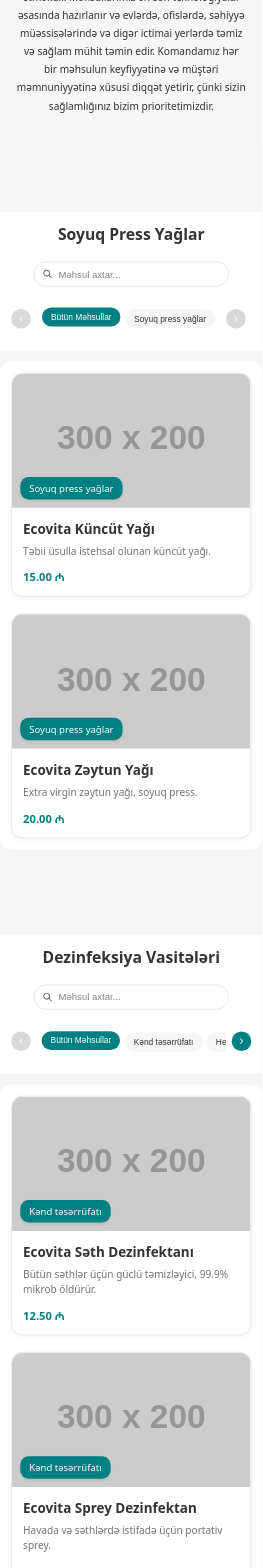
Repository: ferhadsultan98/ecovita
Page: /
The author's editor kept a copy of each file at every save. The page is drawn from the files as they stood at one save, then again after the next save.
The browser window is 375 px wide. The pictures show the part of the page from y = 1169 to 3409 px (the page is 5638 px tall before and 5490 px after), at 70% of full size.
The project was rebuilt for these pictures with package versions that can differ from the ones it lists, and the page was loaded fresh each time. Also part of the build but not shown: vite.config.js.

Above is the page before, as saved 2025-05-06 11:28:38.

After the next save:
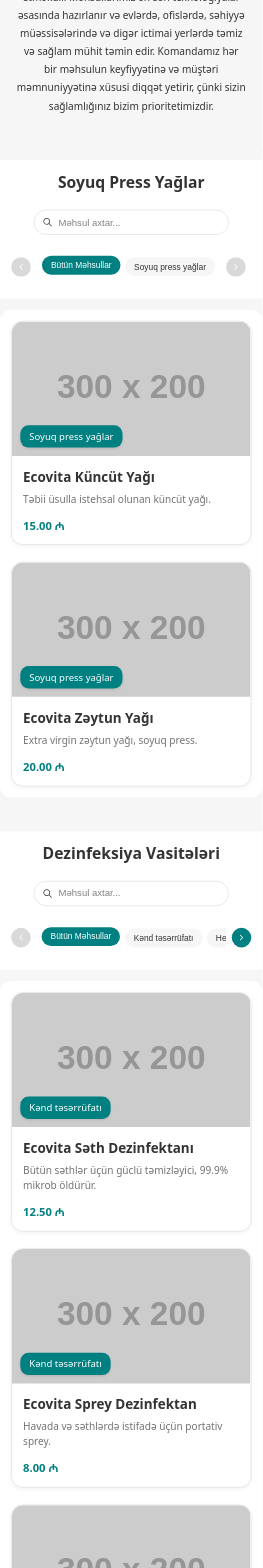
Saved 6 s later.
--- a/src/Pages/MenuSection/MenuSection.scss
+++ b/src/Pages/MenuSection/MenuSection.scss
@@ -4,12 +4,8 @@
 $text-color: #333333;
 $border-color: #e0e0e0;
 
-// Assuming header height (including padding) is roughly 80px on desktop, 70px on mobile
-$header-height-desktop: 100px;
-$header-height-mobile: 70px;
-
 .menu-section {
-  padding: 120px 0 2rem 0; // Increased top padding to account for fixed header
+  padding: 2rem 0;
   background: $accent-color;
 
   .menu-navbar-wrapper {
@@ -18,13 +14,13 @@
 
     &.sticky {
       position: fixed;
-      top: $header-height-desktop; // Adjusted to sit below the fixed header
+      top: 0;
       left: 0;
       width: 100%;
       z-index: 1000;
       background: rgba($secondary-color, 0.98);
       backdrop-filter: blur(10px);
-
+      box-shadow: 0 4px 12px rgba(0, 0, 0, 0.08);
       padding: 0.75rem 0;
     }
 
@@ -375,8 +371,6 @@
 
   // Responsive Design
   @media (max-width: 1024px) {
-    padding-top: 100px; // Slightly less padding for medium screens
-
     .menu-content {
       padding: 1.5rem;
 
@@ -386,10 +380,6 @@
     }
 
     .menu-navbar-wrapper {
-      &.sticky {
-        top: $header-height-desktop;
-      }
-
       .menu-filter {
         .menu-filter-container {
           .menu-filter-list {
@@ -404,11 +394,10 @@
   }
 
   @media (max-width: 768px) {
-    padding: 100px 0 1rem 0; // Adjusted for mobile header height
+    padding: 1rem 0;
 
     .menu-navbar-wrapper {
       &.sticky {
-        top: $header-height-mobile; // Adjusted for mobile header height
         padding: 0.5rem 0;
       }
 
@@ -500,13 +489,7 @@
   }
 
   @media (max-width: 480px) {
-    padding-top: 90px; // Further adjusted for smaller screens
-
     .menu-navbar-wrapper {
-      &.sticky {
-        top: $header-height-mobile;
-      }
-
       .menu-navbar-content {
         .section-title {
           font-size: 1.4rem;

After the save that followed:
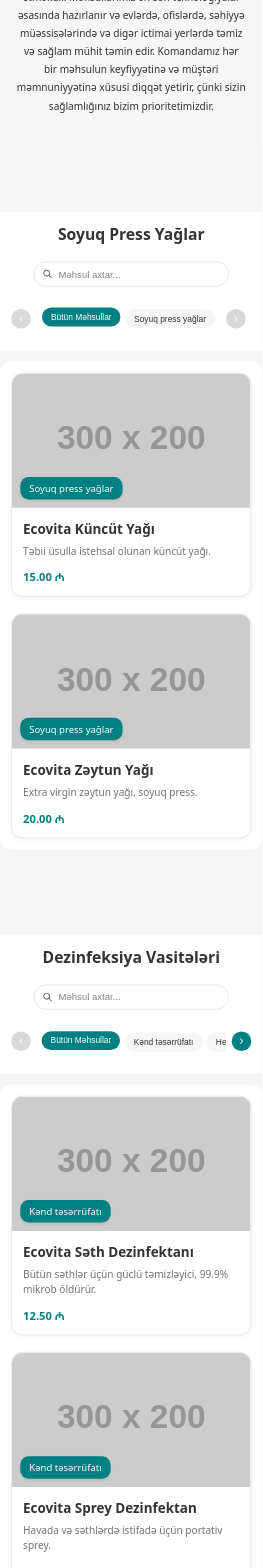
Saved 4 s later.
--- a/src/Pages/MenuSection/MenuSection.scss
+++ b/src/Pages/MenuSection/MenuSection.scss
@@ -4,8 +4,12 @@
 $text-color: #333333;
 $border-color: #e0e0e0;
 
+// Assuming header height (including padding) is roughly 80px on desktop, 70px on mobile
+$header-height-desktop: 100px;
+$header-height-mobile: 70px;
+
 .menu-section {
-  padding: 2rem 0;
+  padding: 120px 0 2rem 0; // Increased top padding to account for fixed header
   background: $accent-color;
 
   .menu-navbar-wrapper {
@@ -14,7 +18,7 @@
 
     &.sticky {
       position: fixed;
-      top: 0;
+      top: $header-height-desktop; // Adjusted to sit below the fixed header
       left: 0;
       width: 100%;
       z-index: 1000;
@@ -371,6 +375,8 @@
 
   // Responsive Design
   @media (max-width: 1024px) {
+    padding-top: 100px; // Slightly less padding for medium screens
+
     .menu-content {
       padding: 1.5rem;
 
@@ -380,6 +386,10 @@
     }
 
     .menu-navbar-wrapper {
+      &.sticky {
+        top: $header-height-desktop;
+      }
+
       .menu-filter {
         .menu-filter-container {
           .menu-filter-list {
@@ -394,10 +404,11 @@
   }
 
   @media (max-width: 768px) {
-    padding: 1rem 0;
+    padding: 100px 0 1rem 0; // Adjusted for mobile header height
 
     .menu-navbar-wrapper {
       &.sticky {
+        top: $header-height-mobile; // Adjusted for mobile header height
         padding: 0.5rem 0;
       }
 
@@ -489,7 +500,13 @@
   }
 
   @media (max-width: 480px) {
+    padding-top: 90px; // Further adjusted for smaller screens
+
     .menu-navbar-wrapper {
+      &.sticky {
+        top: $header-height-mobile;
+      }
+
       .menu-navbar-content {
         .section-title {
           font-size: 1.4rem;
